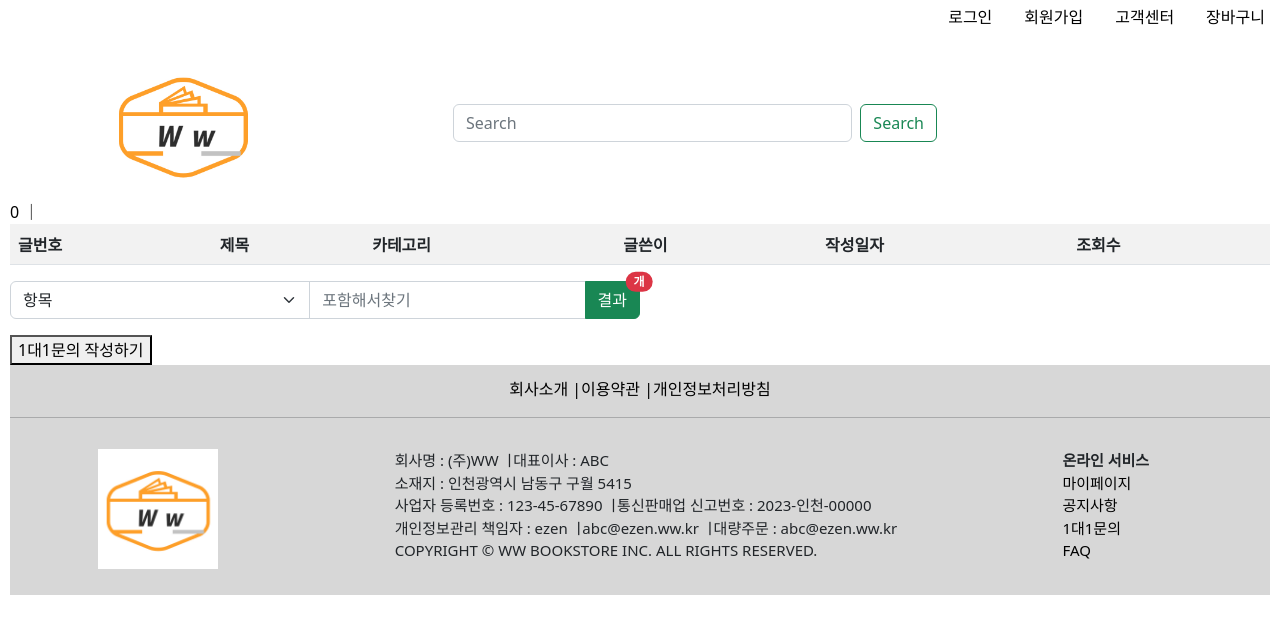
Repository: leehyeonung/project9
Page: http://localhost/book/WEB-INF/views/board/list.jsp
The author's editor kept a copy of each file at every save. The page is drawn from the files as they stood at one save, then again after the next save.
The browser window is 1280 px wide. The pictures show the whole page.
The page is served by Tomcat 9. Nobody is signed in. The template is opened directly, without the code that normally fills it, so the values that code supplies are empty.

Above is the page before, as saved 2023-01-06 04:17:18.

After the next save:
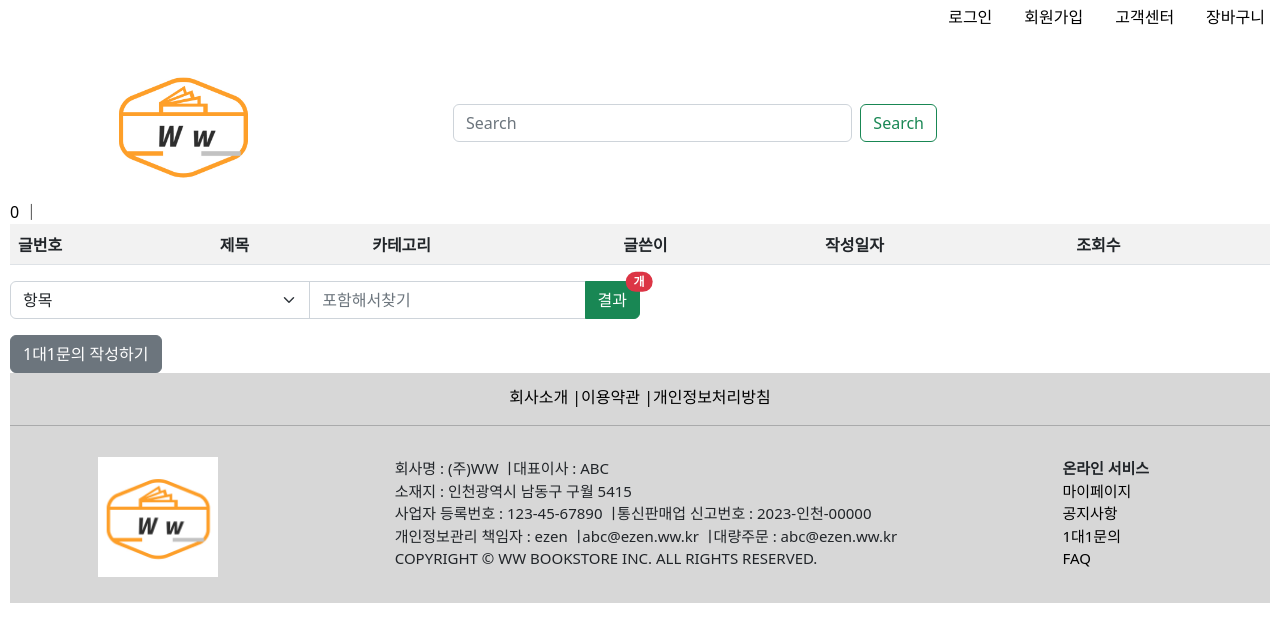
Saved 116 min 34 s later.
--- a/book/src/main/webapp/WEB-INF/views/board/list.jsp
+++ b/book/src/main/webapp/WEB-INF/views/board/list.jsp
@@ -103,7 +103,7 @@
 		</div>
 	</form>
 	</div>
-<a href="/board/register"><button>1대1문의 작성하기</button></a>
+<a href="/board/register"><button class="btn btn-secondary">1대1문의 작성하기</button></a>
 </div>
 <jsp:include page="../layout/footer.jsp"></jsp:include>
 </body>
